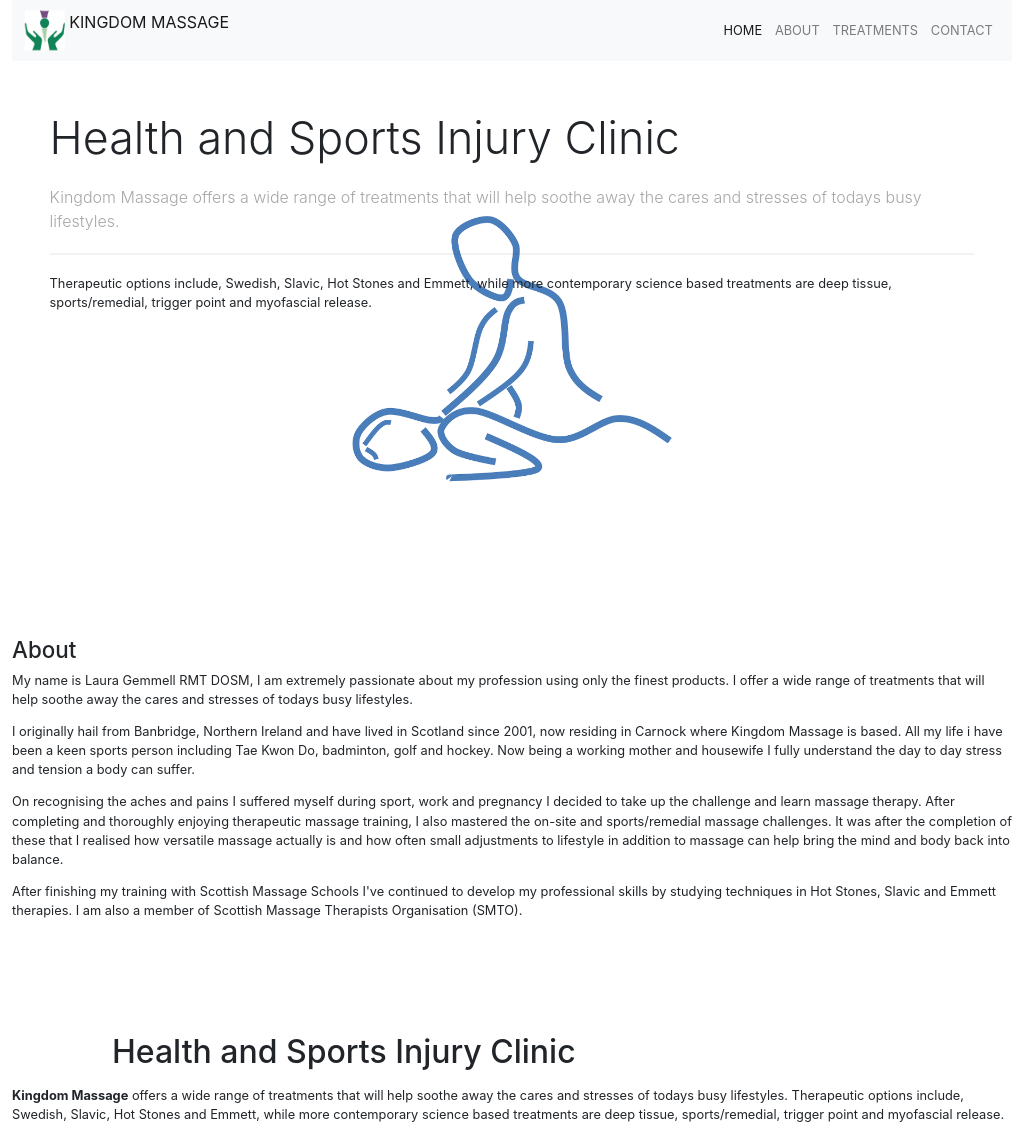
Repository: dalecars/User-Centric-Frontend-Development-Milestone-Project
Page: index.html
The author's editor kept a record of every edit. The page is drawn from the files as they stood at one moment, then again after the next edit.
The browser window is 1280 px wide. The pictures show the whole page, at 80% of full size.
Backgrounds fixed to the window are drawn as part of the page.

Above is the page before.

After the next edit:
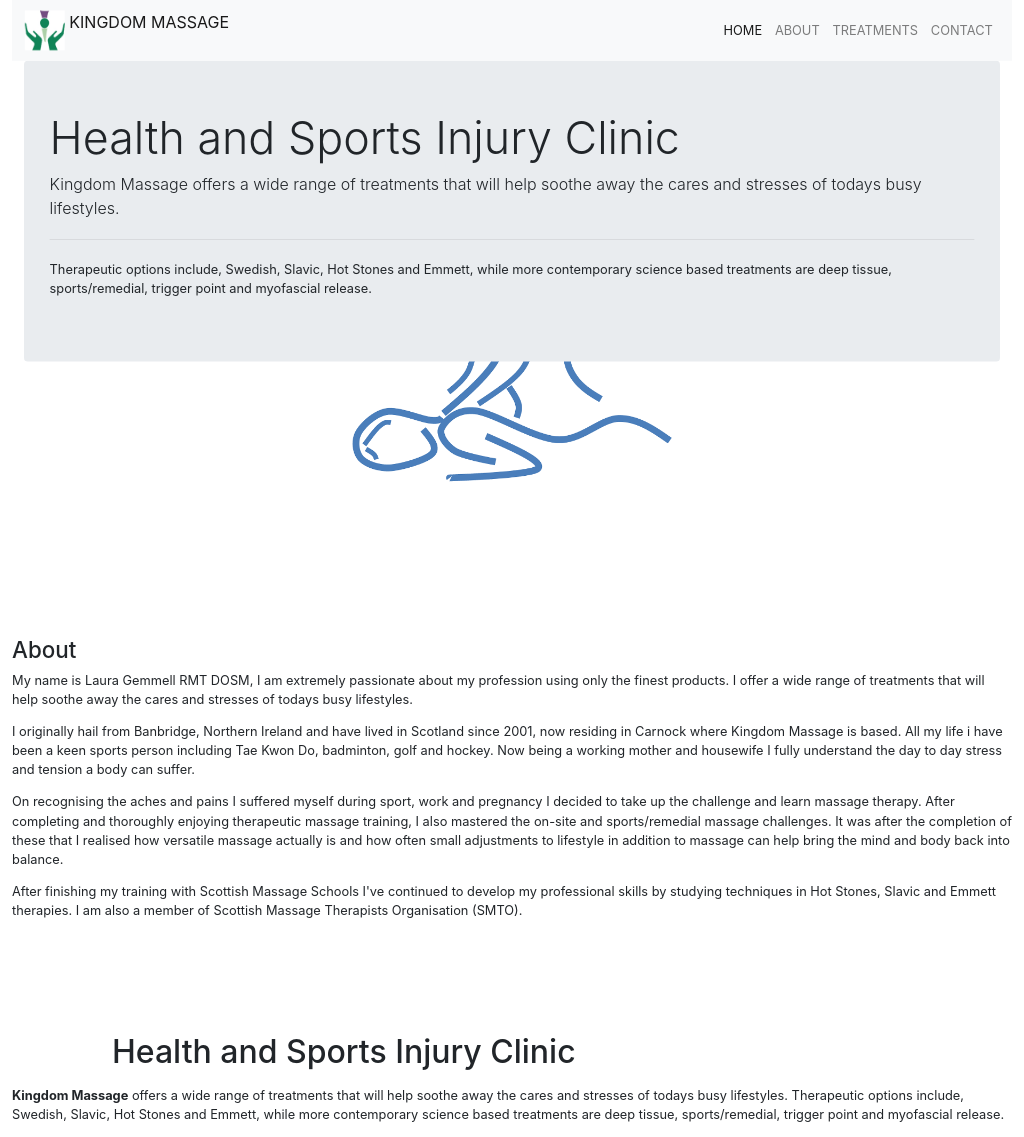
The edit:
--- a/assets/css/style.css
+++ b/assets/css/style.css
@@ -39,49 +39,3 @@
     padding-top: 10px;
     padding-left: 0;
 }
-
-
-
-
-
-
-
-
-
-
-
-.jumbotron {
-    background-color: transparent;
-}
-
-.jumbotron-header {
-    color: black;
-    font-weight: bold;
-    margin-bottom: 30px;
-}
-
-.jumbotron small {
-    font-size: 60%;
-    font-style: italic;
-    color: #d0d0d0;
-}
-
-.jumbotron .lead {
-    margin: 25px 0;
-    color: #a7a7a7;
-}
-
-
-.page-header {
-    margin-bottom: 0px;
-    border-bottom: 0px;
-    text-align: center;
-}
-
-.page-header h2 {
-    margin-top: 0px;
-}
-
-.quotes .page-header {
-    margin-bottom: 25px;
-}
